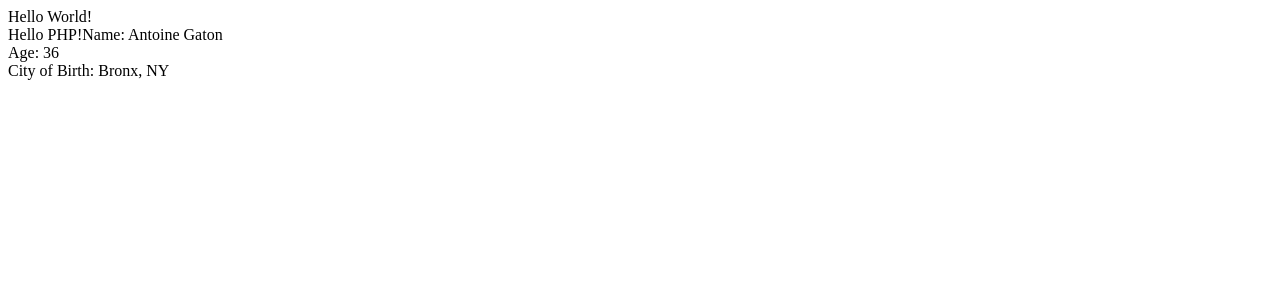
Repository: AntoineGaton/PHP
Page: http://localhost/hello_world/index.php
These files come from the project's save history. The page is drawn as it stood at one moment and after the next save; the edit follows.
The browser window is 1280 px wide. The pictures show the whole page.
The page is run by PHP 8.4 with error messages shown; the project is at /var/www/html/.

Above is the page before, as saved 2025-03-25 17:56:23.

### hello_world/index.php
<!DOCTYPE html>
<html lang="en">

<head>
    <meta charset="UTF-8" />
    <meta name="viewport" content="width=device-width, initial-scale=1.0" />
    <title>Document</title>
</head>

<body>
    <?php
    // This is a comment
    /*
    This is a multi-line comment
    */
    //-----------------------------
    // Echo
    echo "Hello World!";
    echo "<br>";
    echo "Hello " . " PHP" . "!";
    //-----------------------------
    // Variables
    $name = "Antoine Gaton";
    $age = 36;
    $city_of_birth = "Bronx, NY";
    $current_city = "Fort Lauderdale, FL";
    $is_student = false;
    $gpa = 3.8;
    $grades = array("Math" => 95, "English" => 85, "Science" => 90);

    //Print Variables
    echo "Name: {$name}";
    echo "<br>";
    echo "Age: $age";
    echo "<br>";
    echo "City of Birth: $city_of_birth";
    echo "<br>";
    ?>
</body>

</html>

After the next save:
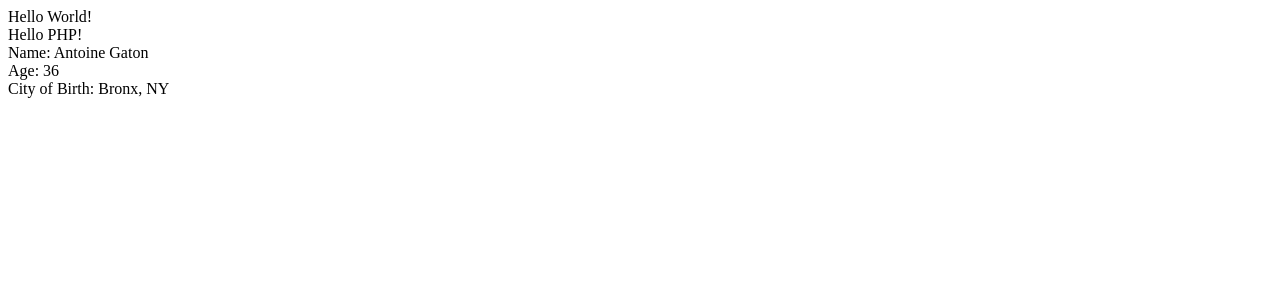
Saved 15 s later.
--- a/hello_world/index.php
+++ b/hello_world/index.php
@@ -17,7 +17,7 @@
     // Echo
     echo "Hello World!";
     echo "<br>";
-    echo "Hello " . " PHP" . "!";
+    echo "Hello " . " PHP" . "!<br>";
     //-----------------------------
     // Variables
     $name = "Antoine Gaton";
